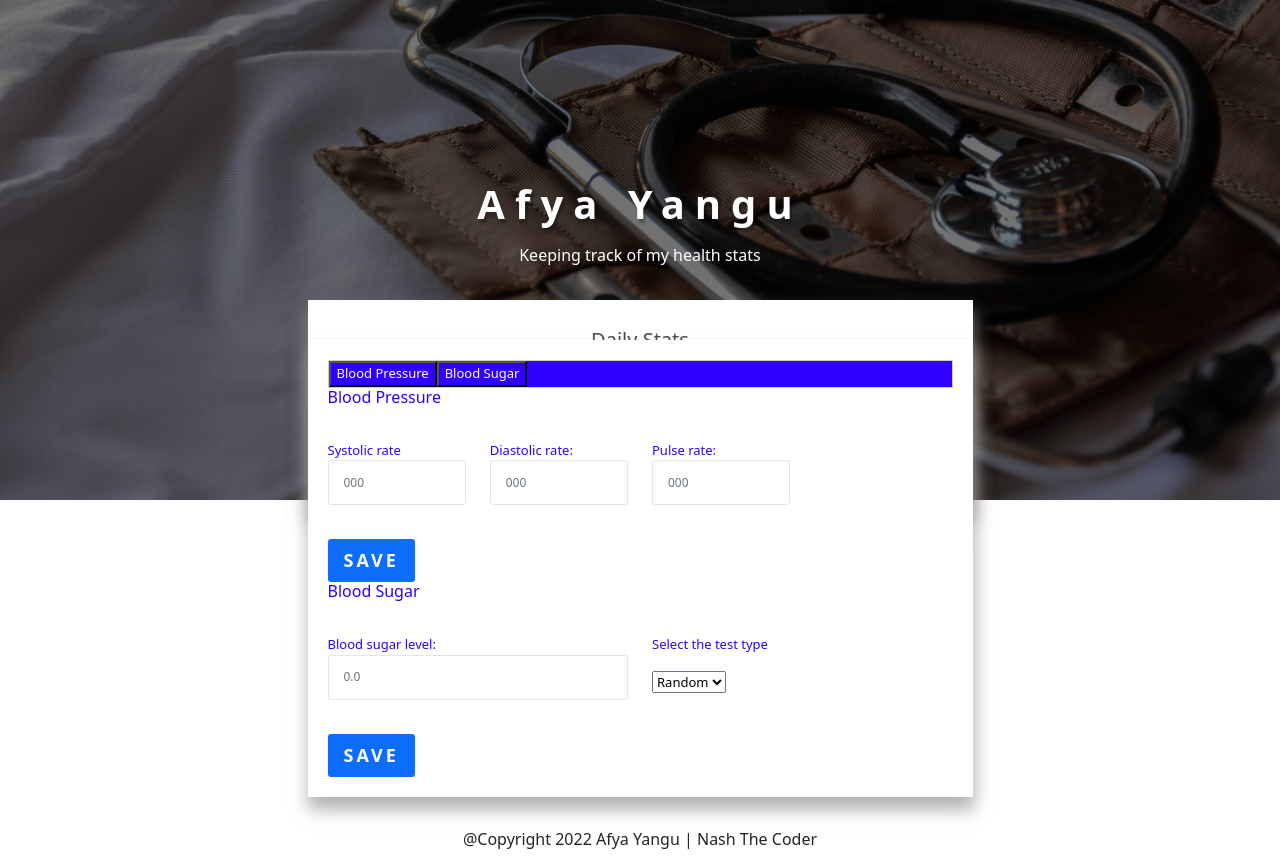
Repository: nashthecoder/afya_yangu
Page: / (app in client/)
An editor plug-in stored every save of this project. The page is shown before and after a run of saves, followed by the edit.
The browser window is 1280 px wide. The pictures show the whole page.
The project was rebuilt for these pictures with package versions that can differ from the ones it lists, and the page was loaded fresh each time.

Above is the page before, as saved 2022-03-17 09:34:35.

After the next 2 saves:
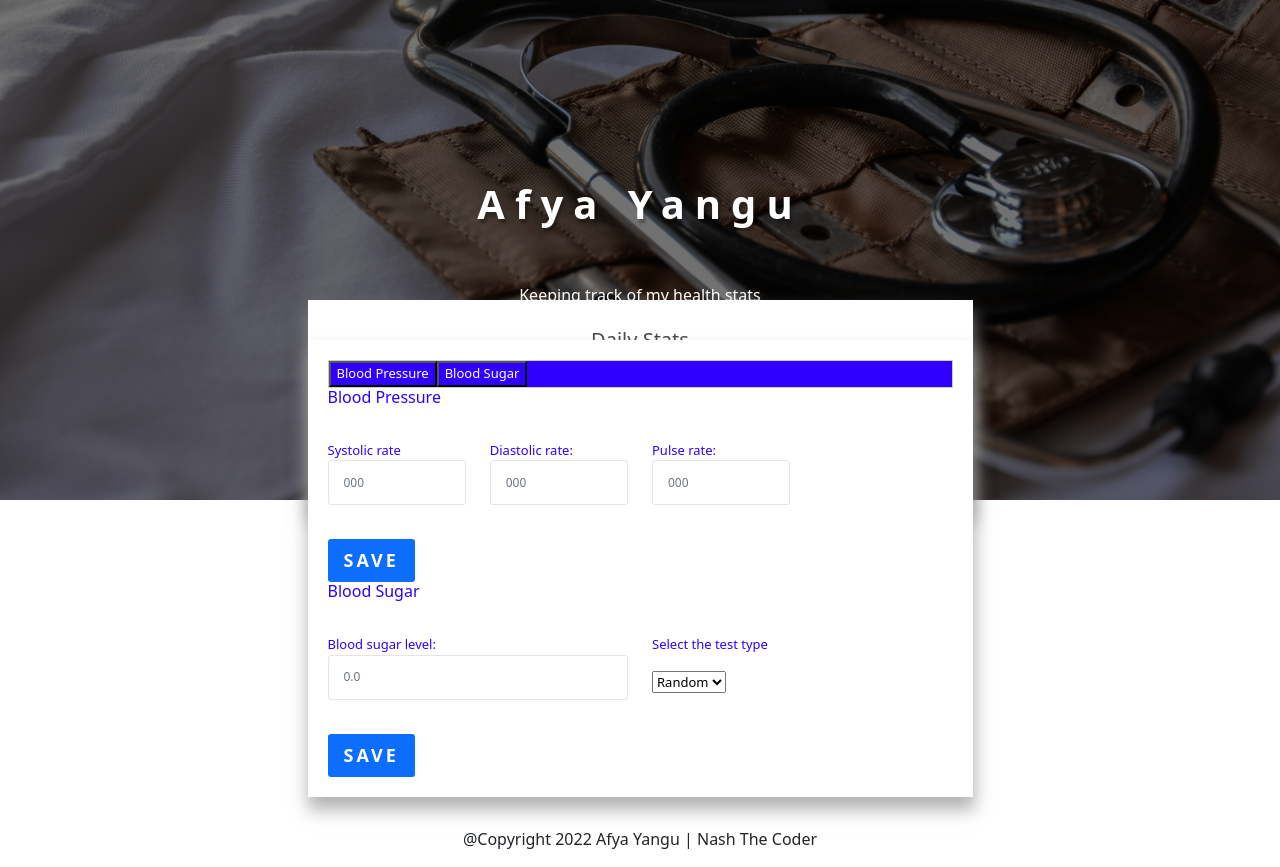
The 2 saves are shown as one change because they came seconds apart.
The last was saved 17 s later.
--- a/client/src/style.scss
+++ b/client/src/style.scss
@@ -93,7 +93,7 @@ input.form-control {
 
 .brand {
     text-shadow: 2px 4px 3px rgba(0, 0, 0, 0.3);
-    padding-bottom: 10px;
+    padding-bottom: 50px;
 }
 
 .caption-text {
